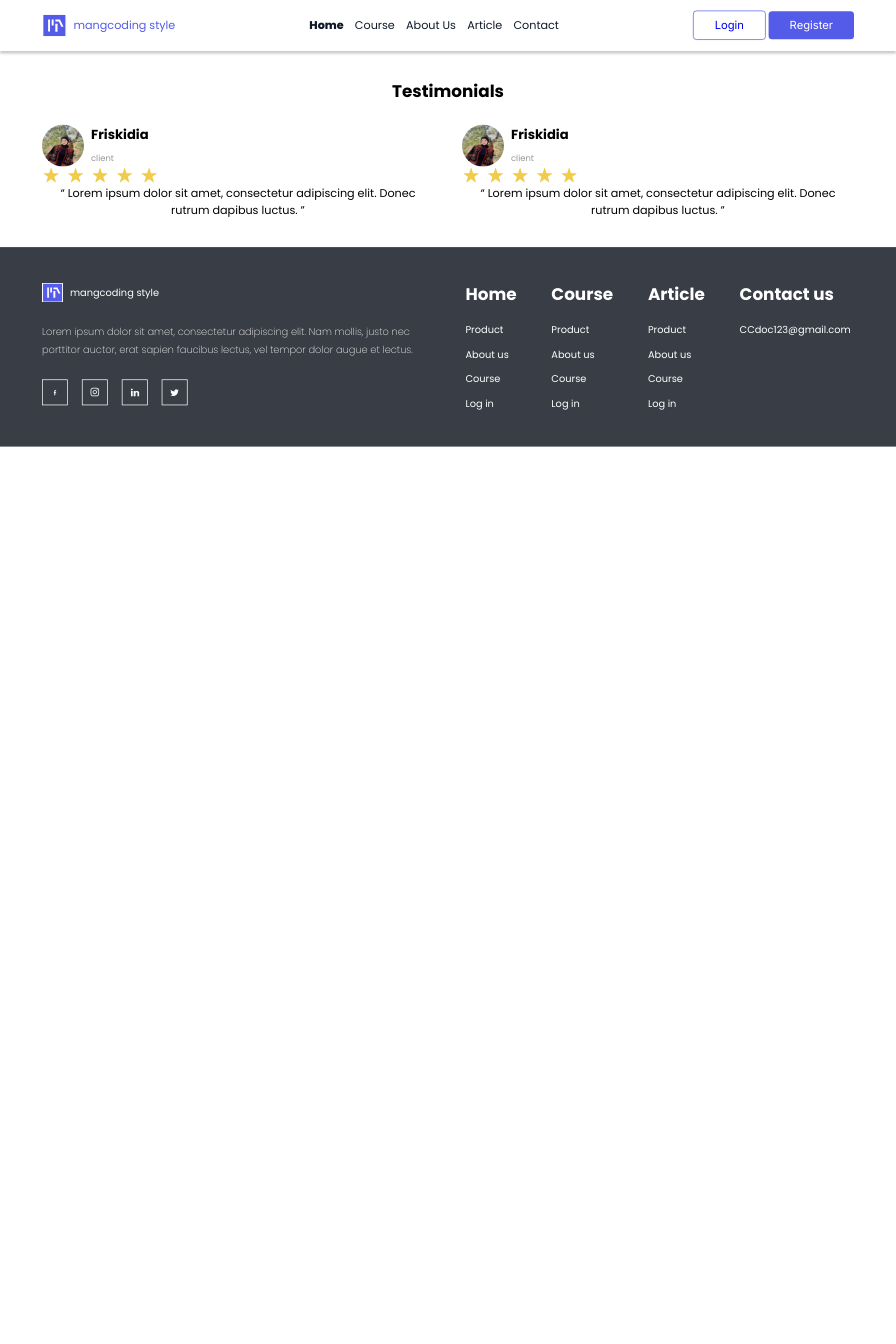
Repository: Dania-Alqam/landing-page
Page: index.html
An editor plug-in stored every save of this project. The page is shown before and after a run of saves, followed by the edit.
The browser window is 1280 px wide. The pictures show the part of the page from y = 0 to 1920 px (the page is 5000 px tall), at 70% of full size.

Above is the page before, as saved 2024-06-22 16:38:48.

### index.html
<!DOCTYPE html>
<html lang="en">

<head>
    <meta charset="UTF-8" />
    <meta name="viewport" content="width=device-width, initial-scale=1.0" />
    <title>Document</title>
    <link rel="stylesheet" href="./assests/css/main.css" />
</head>

<body>
    <header class="header">
        <div class="container">
            <div class="row">
                <div class="logo">
                    <img src="./assests/images/public/Logo.svg" alt="logo" />
                    <a href="#">mangcoding style</a>
                </div>
                <nav class="nav">
                    <ul>
                        <li>
                            <a href="#" class="active">Home</a>
                        </li>
                        <li>
                            <a href="#">Course</a>
                        </li>
                        <li>
                            <a href="#">About Us</a>
                        </li>
                        <li>
                            <a href="#">Article</a>
                        </li>
                        <li>
                            <a href="#">Contact</a>
                        </li>
                    </ul>
                </nav>
                <div class="auth">
                    <a href="#">Login</a>
                    <a href="#">Register</a>
                </div>
            </div>
        </div>
    </header>

    <main>
        <section class="testimonials">
            <h2>
                Testimonials
            </h2>
            <div class="container">
                <div class="row">
                    <div class="testimonial">
                        <div class="user-info">
                            <img src="assests/images/clients/client1.jpeg"/>
                            <div class="user-data">
                                <h3>Friskidia</h3>
                                <span>client</span>
                            </div>
                        </div>
                        <div class="ratings">
                            <img src="./assests/images/public/Star.svg" alt="stars"/>
                            <img src="./assests/images/public/Star.svg" alt="stars"/>
                            <img src="./assests/images/public/Star.svg" alt="stars"/>
                            <img src="./assests/images/public/Star.svg" alt="stars"/>
                            <img src="./assests/images/public/Star.svg" alt="stars"/>

                        </div>
                        <blockquote>
                            <q>
                                Lorem ipsum dolor sit amet, consectetur adipiscing elit. Donec rutrum dapibus luctus.
                            </q>
                        </blockquote>
                    </div>
                    <div class="testimonial">
                        <div class="user-info">
                            <img src="assests/images/clients/client1.jpeg"/>
                            <div class="user-data">
                                <h3>Friskidia</h3>
                                <span>client</span>
                            </div>
                        </div>
                        <div class="ratings">
                            <img src="./assests/images/public/Star.svg" alt="stars"/>
                            <img src="./assests/images/public/Star.svg" alt="stars"/>
                            <img src="./assests/images/public/Star.svg" alt="stars"/>
                            <img src="./assests/images/public/Star.svg" alt="stars"/>
                            <img src="./assests/images/public/Star.svg" alt="stars"/>

                        </div>
                        <blockquote>
                            <q>
                                Lorem ipsum dolor sit amet, consectetur adipiscing elit. Donec rutrum dapibus luctus.
                            </q>
                        </blockquote>
                    </div>
                </div>
            </div>

        </section>
    </main>
    <footer class="footer">
        <div class="container">
            <div class="row">
                <div class="footer-start">
                    <div class="logo">
                        <img src="./assests/images/public/Logo.svg" alt="logo" />
                        <a href="#">mangcoding style</a>
                    </div>
                    <p>
                        Lorem ipsum dolor sit amet, consectetur adipiscing elit. Nam
                        mollis, justo nec porttitor auctor, erat sapien faucibus lectus,
                        vel tempor dolor augue et lectus.
                    </p>
                    <div class="icons">
                        <a href="#"><img src="./assests/images/public/facebok.svg" /></a>
                        <a href="#"><img src="./assests/images/public/instagram.svg" /></a>
                        <a href="#"><img src="./assests/images/public/linkedin.svg" /></a>
                        <a href="#"><img src="./assests/images/public/twitter.svg" /></a>
                    </div>
                </div>
                <div class="footer-end">
                    <div class="row">
                        <div class="footer-item">
                            <h2>
                                Home
                            </h2>
                            <ul>
                                <li>
                                    <a href="#">Product</a>
                                </li>
                                <li>
                                    <a href="#">About us</a>
                                </li>
                                <li>
                                    <a href="#">Course</a>
                                </li>
                                <li>
                                    <a href="#">Log in</a>
                                </li>
                            </ul>
                        </div>
                        <div class="footer-item">
                            <h2>
                                Course
                            </h2>
                            <ul>
                                <li>
                                    <a href="#">Product</a>
                                </li>
                                <li>
                                    <a href="#">About us</a>
                                </li>
                                <li>
                                    <a href="#">Course</a>
                                </li>
                                <li>
                                    <a href="#">Log in</a>
                                </li>
                            </ul>
                        </div>
                        <div class="footer-item">
                            <h2>
                                Article
                            </h2>
                            <ul>
                                <li>
                                    <a href="#">Product</a>
                                </li>
                                <li>
                                    <a href="#">About us</a>
                                </li>
                                <li>
                                    <a href="#">Course</a>
                                </li>
                                <li>
                                    <a href="#">Log in</a>
                                </li>
                            </ul>
                        </div>
                        <div class="footer-item">
                            <h2>
                                Contact us
                            </h2>
                            <ul>
                                <li>
                                    <a href="#">CCdoc123@gmail.com</a>
                                </li>

                        </div>
                    </div>
                </div>
            </div>
        </div>
    </footer>
</body>

</html>

### assests/css/main.css
@import url(./public.css);

/* start header */
.header {
  position: sticky;
  top: 0;
  box-shadow: 0px 4px 4px rgba(0, 0, 0, 0.25);
  padding: 20px 0;
  background-color: #fff;
}

.nav ul {
  display: flex;
  flex-wrap: wrap;
  gap: 16px;
}
.header .logo {
  display: flex;
  flex-wrap: wrap;
  align-items: center;
  gap: 10px;
}
.header .logo img {
  width: 35px;
}

.header .logo a {
  color: var(--mainColor);
}

.header .nav a {
  color: #101928;
}

.header .nav a:hover {
  color: var(--mainColor);
}
/* For the home bold*/
.active {
  font-weight: 800;
}
/* common properities*/
.header .auth a {
  font-family: var(--subFont);
  padding: 10px 30px;
  border-radius: 5px;
}
.header .auth a:first-of-type {
  border: 1px solid var(--mainColor);
}
.header .auth a:last-of-type {
  background-color: var(--mainColor);
  color: white;
}
@media (max-width: 900px) {
  .header .nav {
    display: none;
  }
}
/* end header */

/* start testemonials*/
.testimonials {
  text-align: center;
  padding: 40px 0;
}
.testimonials .row {
  gap: 40px;
}

.testimonials h2 {
  margin-bottom: 30px;
}
.testimonial {
    display: flex;
    flex-direction: column;
  width: calc((100% - 40px) / 2);
}
.testimonial .user-info img {
  width: 60px;
  height: 60px;
  border-radius: 50%;
}

.testimonial .user-info {
  display: flex;
  flex-wrap: wrap;
  gap: 10px;
}
.testimonial .user-info .user-data {
  display: flex;
  flex-direction: column;
  gap: 10px;
  flex-wrap: wrap;
  align-items: start;
}

.testimonial .user-info .user-data span{
    font-size: 12px;
    color: #969696;
}

.testimonial .ratings{
    display: flex;
    flex-wrap: wrap;
    gap: 10px;
}
/* start footer */
.footer {
  background-color: #393e46;
  padding: 50px 0;
}

.footer a,
.footer h2 {
  color: #fff;
}

.footer .footer-start,
.footer .footer-end {
  width: calc((100% - 40px) / 2);
}

.footer .row {
  gap: 40px;
}

.footer .footer-start {
  display: flex;
  flex-direction: column;
  gap: 30px;
  flex-wrap: wrap;
}

.footer .footer-start .logo {
  display: flex;
  flex-wrap: wrap;
  gap: 10px;
  align-items: center;
}
.footer .footer-start .logo img {
  width: 30px;
}
.footer .footer-start .logo a {
  font-size: 14px;
}
.footer .footer-start p {
  color: #f4f4f4;
  line-height: 25px;
  font-size: 14px;
  font-weight: 200;
}
.footer .footer-start .icons {
  display: flex;
  flex-wrap: wrap;
  gap: 20px;
}
.footer .footer-start .icons img {
  width: 15px;
  height: 15px;
  border: 1px solid #fff;
  padding: 10px;
  box-sizing: content-box;
}

.footer-end .row {
  align-items: start;
  justify-content: space-around;
}
.footer-end .footer-item {
  display: flex;
  flex-direction: column;
  flex-wrap: wrap;
  gap: 20px;
}
.footer-end .footer-item ul {
  display: flex;
  flex-direction: column;
  flex-wrap: wrap;
  gap: 10px;
}
.footer-end .footer-item a {
  font-size: 14px;
}

/* end footer */

### assests/images/public/Star.svg
<svg width="25" height="25" viewBox="0 0 10 9" fill="none" xmlns="http://www.w3.org/2000/svg">
<path d="M5.00313 0.422667C5.06478 0.232942 5.33319 0.232942 5.39483 0.422668L6.26237 3.09266C6.28994 3.17751 6.36901 3.23496 6.45822 3.23496H9.26562C9.46511 3.23496 9.54805 3.49023 9.38666 3.60749L7.11543 5.25764C7.04325 5.31007 7.01305 5.40302 7.04062 5.48787L7.90815 8.15787C7.9698 8.34759 7.75265 8.50536 7.59126 8.3881L5.32003 6.73796C5.24785 6.68552 5.15012 6.68552 5.07794 6.73796L2.80671 8.3881C2.64532 8.50536 2.42817 8.34759 2.48981 8.15787L3.35735 5.48787C3.38492 5.40302 3.35472 5.31007 3.28254 5.25764L1.01131 3.60749C0.849916 3.49023 0.93286 3.23496 1.13235 3.23496H3.93975C4.02896 3.23496 4.10803 3.17751 4.1356 3.09266L5.00313 0.422667Z" fill="#F1CC4A"/>
</svg>

### assests/css/public.css
@import url('https://fonts.googleapis.com/css2?family=Poppins:ital,wght@0,100;0,200;0,300;0,400;0,500;0,600;0,700;0,800;0,900;1,100;1,200;1,300;1,400;1,500;1,600;1,700;1,800;1,900&display=swap');
@import url('https://fonts.googleapis.com/css2?family=Inter:wght@100..900&display=swap');

*{
    margin: 0;
    padding: 0;
    box-sizing: border-box;
}
:root{
    --mainFont: "Poppins", sans-serif;
    --subFont:  "Inter", sans-serif;
    --mainColor: #545BE8;

}
body{
    font-family: var(--mainFont);
    height: 5000px;
}
a{
    text-decoration: none;
}
ul{
    list-style: none;
}
.row{
    display: flex;
    justify-content: space-between;
    align-items: center;
    flex-wrap: wrap;

}

.container{
    /* width from figma is 60px from each side*/
    width: calc(100% - 120px);
    margin: auto;
}

After the next 2 saves:
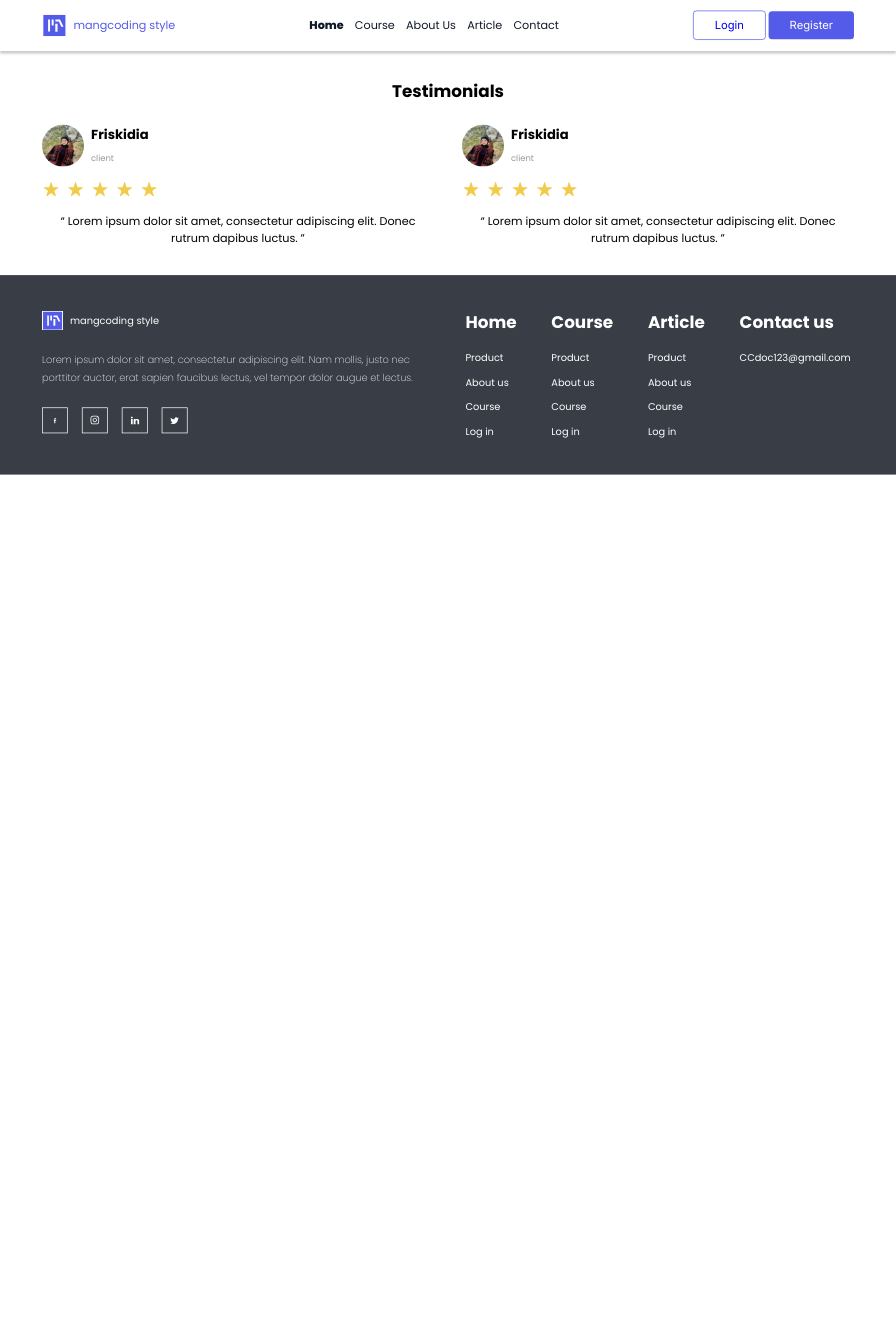
The 2 saves are shown as one change because they came seconds apart.
The last was saved 9 s later.
--- a/assests/css/main.css
+++ b/assests/css/main.css
@@ -74,6 +74,7 @@
 .testimonial {
     display: flex;
     flex-direction: column;
+    gap: 20px;
   width: calc((100% - 40px) / 2);
 }
 .testimonial .user-info img {
